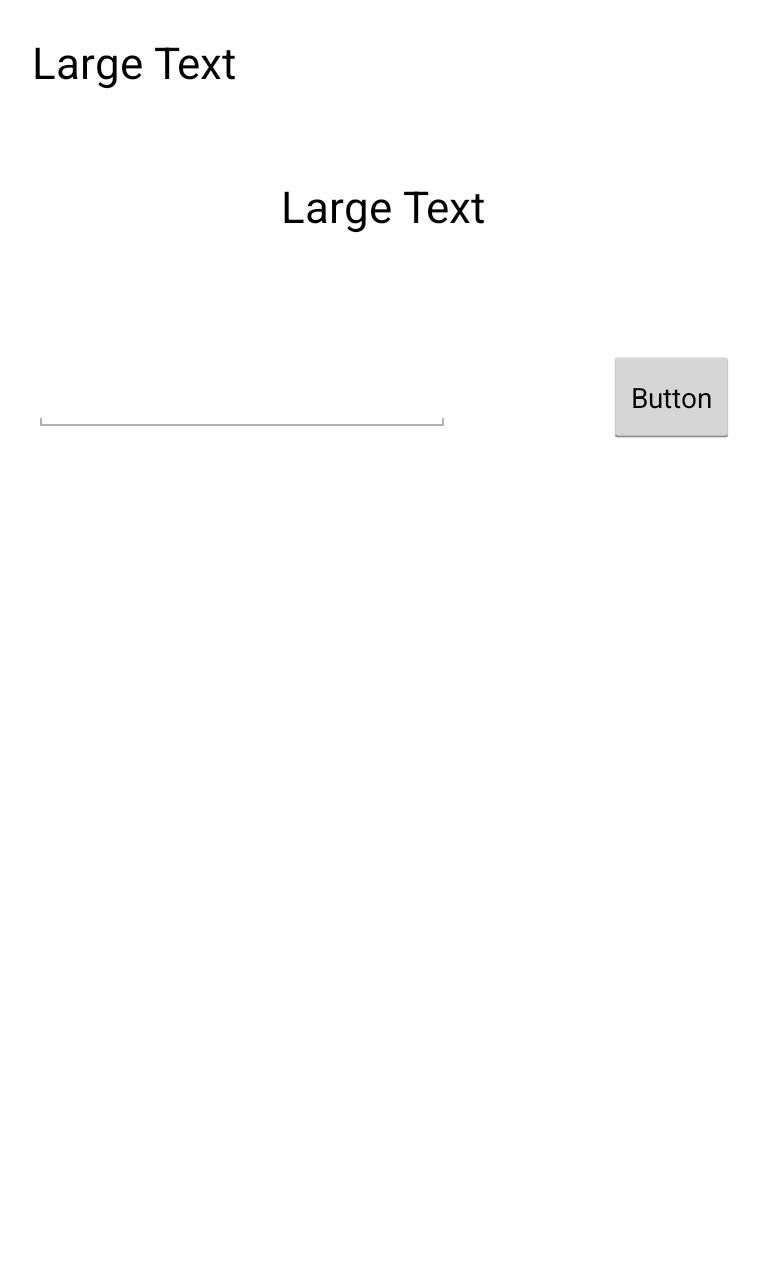
Repository: packn3/AlarmClock
Layout: alarm/Alarm/res/layout/activity_alarm.xml
The author's editor kept a copy of each file at every save. The layout is drawn from the files as they stood at one save, then again after the next save.
It is drawn on a 768 x 1280 px phone screen (xhdpi) without system bars, with theme AppTheme; the app's code is not run.

Above is the layout before, as saved 2013-12-22 16:48:59.

### alarm/Alarm/res/layout/activity_alarm.xml
<RelativeLayout xmlns:android="http://schemas.android.com/apk/res/android"
    xmlns:tools="http://schemas.android.com/tools"
    android:layout_width="match_parent"
    android:layout_height="match_parent"
    android:paddingBottom="@dimen/activity_vertical_margin"
    android:paddingLeft="@dimen/activity_horizontal_margin"
    android:paddingRight="@dimen/activity_horizontal_margin"
    android:paddingTop="@dimen/activity_vertical_margin"
    tools:context=".Alarm" >

    <TextView
        android:id="@+id/formulaText"
        android:layout_width="wrap_content"
        android:layout_height="wrap_content"
        android:layout_alignParentTop="true"
        android:layout_centerHorizontal="true"
        android:layout_marginTop="72dp"
        android:text="Large Text"
        android:textAppearance="?android:attr/textAppearanceLarge" />

    <EditText
        android:id="@+id/answer"
        android:layout_width="wrap_content"
        android:layout_height="wrap_content"
        android:layout_alignParentLeft="true"
        android:layout_below="@+id/formulaText"
        android:layout_marginTop="60dp"
        android:ems="10"
        android:inputType="number" />

    <Button
        android:id="@+id/judgeButton"
        style="?android:attr/buttonStyleSmall"
        android:layout_width="wrap_content"
        android:layout_height="wrap_content"
        android:layout_alignBaseline="@+id/answer"
        android:layout_alignBottom="@+id/answer"
        android:layout_alignParentRight="true"
        android:text="Button" />

    <TextView
        android:id="@+id/questionNumber"
        android:layout_width="wrap_content"
        android:layout_height="wrap_content"
        android:layout_alignParentTop="true"
        android:text="Large Text"
        android:textAppearance="?android:attr/textAppearanceLarge" />

</RelativeLayout>

Loaded but not shown: alarm/Alarm/res/values/styles.xml (common file); alarm/Alarm/res/values-v11/styles.xml (common file); alarm/Alarm/res/values-v14/styles.xml (common file); alarm/Alarm/res/values/dimens.xml (common file)

After the next save:
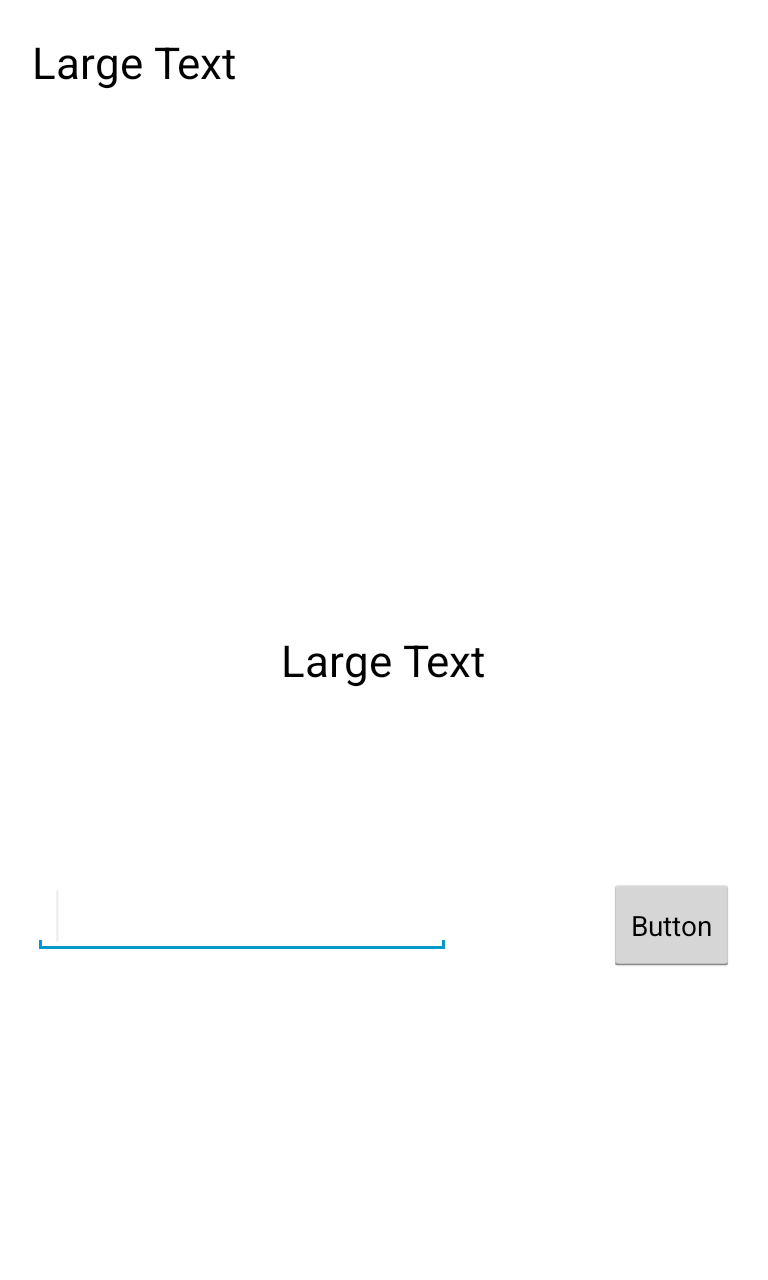
Saved 2 min 19 s later.
--- a/alarm/Alarm/res/layout/activity_alarm.xml
+++ b/alarm/Alarm/res/layout/activity_alarm.xml
@@ -9,36 +9,6 @@
     tools:context=".Alarm" >
 
     <TextView
-        android:id="@+id/formulaText"
-        android:layout_width="wrap_content"
-        android:layout_height="wrap_content"
-        android:layout_alignParentTop="true"
-        android:layout_centerHorizontal="true"
-        android:layout_marginTop="72dp"
-        android:text="Large Text"
-        android:textAppearance="?android:attr/textAppearanceLarge" />
-
-    <EditText
-        android:id="@+id/answer"
-        android:layout_width="wrap_content"
-        android:layout_height="wrap_content"
-        android:layout_alignParentLeft="true"
-        android:layout_below="@+id/formulaText"
-        android:layout_marginTop="60dp"
-        android:ems="10"
-        android:inputType="number" />
-
-    <Button
-        android:id="@+id/judgeButton"
-        style="?android:attr/buttonStyleSmall"
-        android:layout_width="wrap_content"
-        android:layout_height="wrap_content"
-        android:layout_alignBaseline="@+id/answer"
-        android:layout_alignBottom="@+id/answer"
-        android:layout_alignParentRight="true"
-        android:text="Button" />
-
-    <TextView
         android:id="@+id/questionNumber"
         android:layout_width="wrap_content"
         android:layout_height="wrap_content"
@@ -46,4 +16,36 @@
         android:text="Large Text"
         android:textAppearance="?android:attr/textAppearanceLarge" />
 
+    <Button
+        android:id="@+id/judgeButton"
+        style="?android:attr/buttonStyleSmall"
+        android:layout_width="wrap_content"
+        android:layout_height="wrap_content"
+        android:layout_alignParentRight="true"
+        android:layout_alignTop="@+id/answer"
+        android:text="Button" />
+
+    <EditText
+        android:id="@+id/answer"
+        android:layout_width="wrap_content"
+        android:layout_height="wrap_content"
+        android:layout_alignLeft="@+id/questionNumber"
+        android:layout_alignParentBottom="true"
+        android:layout_marginBottom="146dp"
+        android:ems="10"
+        android:inputType="number" >
+
+        <requestFocus />
+    </EditText>
+
+    <TextView
+        android:id="@+id/formulaText"
+        android:layout_width="wrap_content"
+        android:layout_height="wrap_content"
+        android:layout_above="@+id/answer"
+        android:layout_centerHorizontal="true"
+        android:layout_marginBottom="94dp"
+        android:text="Large Text"
+        android:textAppearance="?android:attr/textAppearanceLarge" />
+
 </RelativeLayout>
